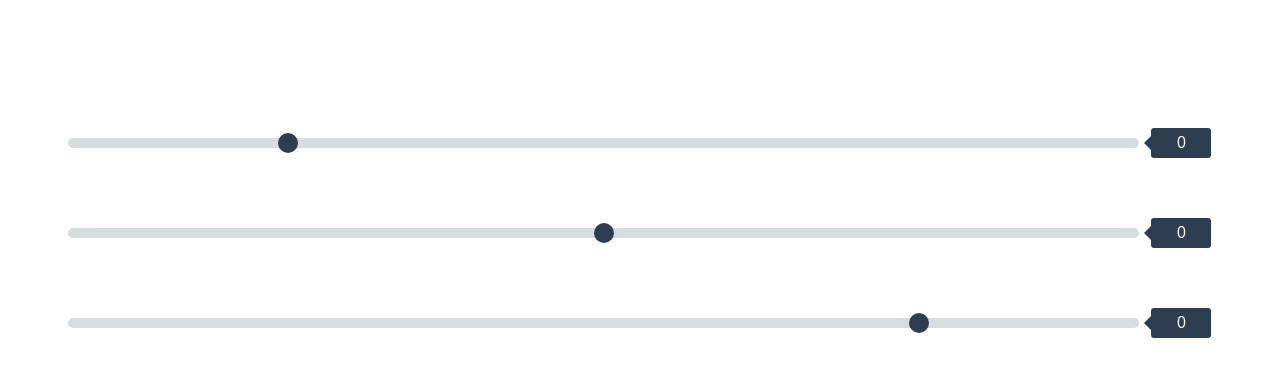
Repository: lwygold/motion
Page: css range slider.html
These files come from the project's save history. The page is drawn as it stood at one moment and after the next save; the edit follows.
The browser window is 1280 px wide. The pictures show the whole page.

Above is the page before, as saved 2023-02-02 14:39:49.
Console error: ReferenceError: $ is not defined

### css range slider.html
<!DOCTYPE html>
<html lang="en">

<head>
    <meta charset="UTF-8">
    <meta http-equiv="X-UA-Compatible" content="IE=edge">
    <meta name="viewport" content="width=device-width, initial-scale=1.0">
    <title>Document</title>
    <style>
        *,
        *:before,
        *:after {
            box-sizing: border-box;
        }

        body {
            font-family: sans-serif;
            padding: 60px 20px;
        }

        @media (min-width: 600px) {
            body {
                padding: 60px;
            }
        }

        .range-slider {
            margin: 60px 0 0 0;
        }

        .range-slider {
            width: 100%;
        }

        .range-slider__range {
            -webkit-appearance: none;
            width: calc(100% - (73px));
            height: 10px;
            border-radius: 5px;
            background: #d7dcdf;
            outline: none;
            padding: 0;
            margin: 0;
        }

        .range-slider__range::-webkit-slider-thumb {
            -webkit-appearance: none;
            appearance: none;
            width: 20px;
            height: 20px;
            border-radius: 50%;
            background: #2c3e50;
            cursor: pointer;
            -webkit-transition: background 0.15s ease-in-out;
            transition: background 0.15s ease-in-out;
        }

        .range-slider__range::-webkit-slider-thumb:hover {
            background: #1abc9c;
        }

        .range-slider__range:active::-webkit-slider-thumb {
            background: #1abc9c;
        }

        .range-slider__range::-moz-range-thumb {
            width: 20px;
            height: 20px;
            border: 0;
            border-radius: 50%;
            background: #2c3e50;
            cursor: pointer;
            -moz-transition: background 0.15s ease-in-out;
            transition: background 0.15s ease-in-out;
        }

        .range-slider__range::-moz-range-thumb:hover {
            background: #1abc9c;
        }

        .range-slider__range:active::-moz-range-thumb {
            background: #1abc9c;
        }

        .range-slider__range:focus::-webkit-slider-thumb {
            box-shadow: 0 0 0 3px #fff, 0 0 0 6px #1abc9c;
        }

        .range-slider__value {
            display: inline-block;
            position: relative;
            width: 60px;
            color: #fff;
            line-height: 20px;
            text-align: center;
            border-radius: 3px;
            background: #2c3e50;
            padding: 5px 10px;
            margin-left: 8px;
        }

        .range-slider__value:after {
            position: absolute;
            top: 8px;
            left: -7px;
            width: 0;
            height: 0;
            border-top: 7px solid transparent;
            border-right: 7px solid #2c3e50;
            border-bottom: 7px solid transparent;
            content: "";
        }

        ::-moz-range-track {
            background: #d7dcdf;
            border: 0;
        }

        input::-moz-focus-inner,
        input::-moz-focus-outer {
            border: 0;
        }
    </style>
</head>

<body>
    <div class="range-slider">
        <input class="range-slider__range" type="range" value="100" min="0" max="500">
        <span class="range-slider__value">0</span>
    </div>

    <div class="range-slider">
        <input class="range-slider__range" type="range" value="250" min="0" max="500" step="50">
        <span class="range-slider__value">0</span>
    </div>

    <div class="range-slider">
        <input class="range-slider__range" type="range" value="400" min="0" max="500">
        <span class="range-slider__value">0</span>
    </div>

    <script>

        var rangeSlider = function () {
            var slider = $('.range-slider'),
                range = $('.range-slider__range'),
                value = $('.range-slider__value');

            slider.each(function () {

                value.each(function () {
                    var value = $(this).prev().attr('value');
                    $(this).html(value);
                });

                range.on('input', function () {
                    $(this).next(value).html(this.value);
                });
            });
        };

        rangeSlider();
    </script>
</body>

</html>

Loaded but not shown: assets/js/jquery-3.3.1.min.js (library)

After the next save:
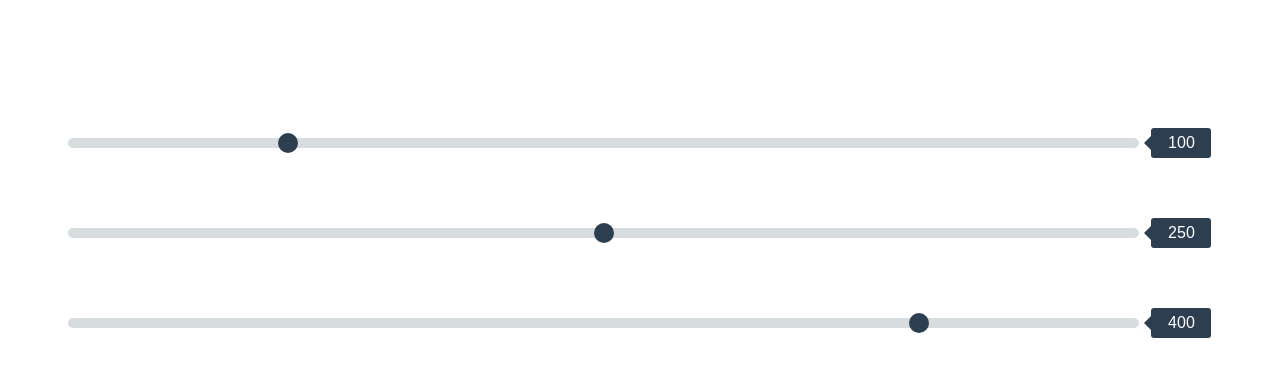
The error is gone.
Saved 1 s later.
--- a/css range slider.html
+++ b/css range slider.html
@@ -5,6 +5,7 @@
     <meta charset="UTF-8">
     <meta http-equiv="X-UA-Compatible" content="IE=edge">
     <meta name="viewport" content="width=device-width, initial-scale=1.0">
+    <script src="./js/jquery-3.3.1.min.js"></script>
     <title>Document</title>
     <style>
         *,
